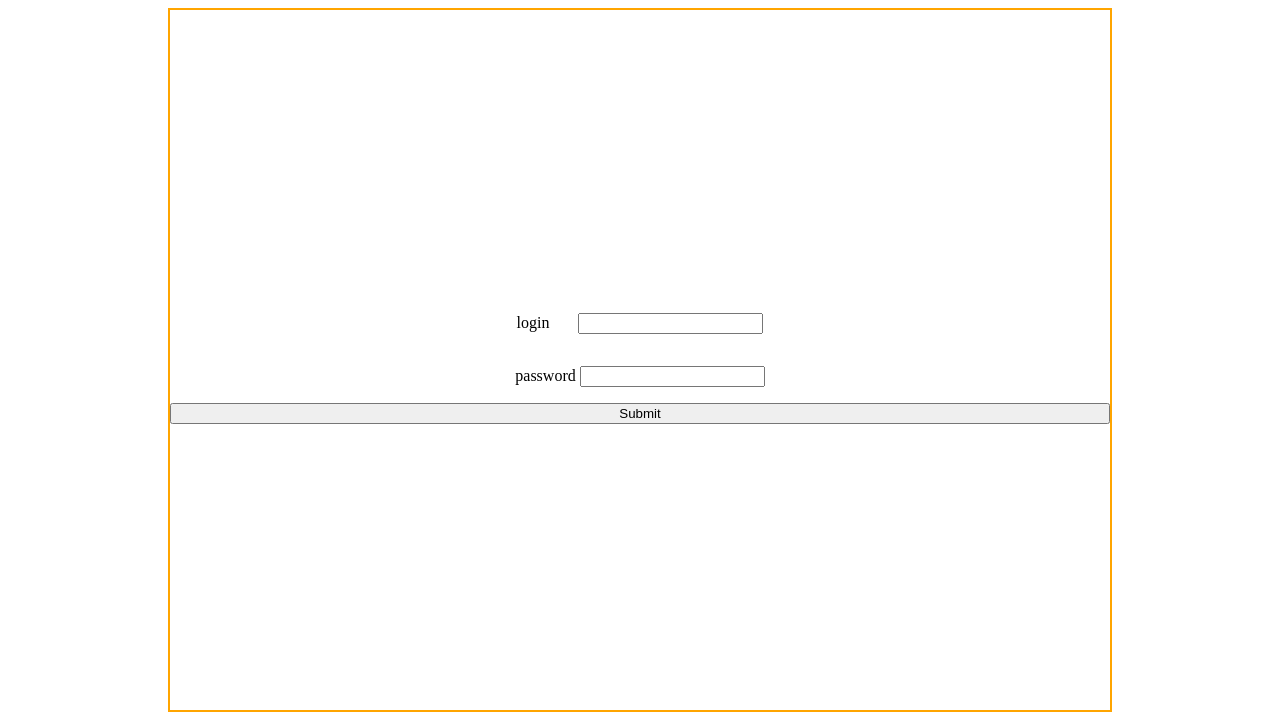
Repository: AndreyMykulych/javascript
Page: 11/index.html
These files come from the project's save history. The page is drawn as it stood at one moment and after the next save; the edit follows.
The browser window is 1280 px wide. The pictures show the whole page.

Above is the page before, as saved 2023-04-27 22:44:13.

After the next save:
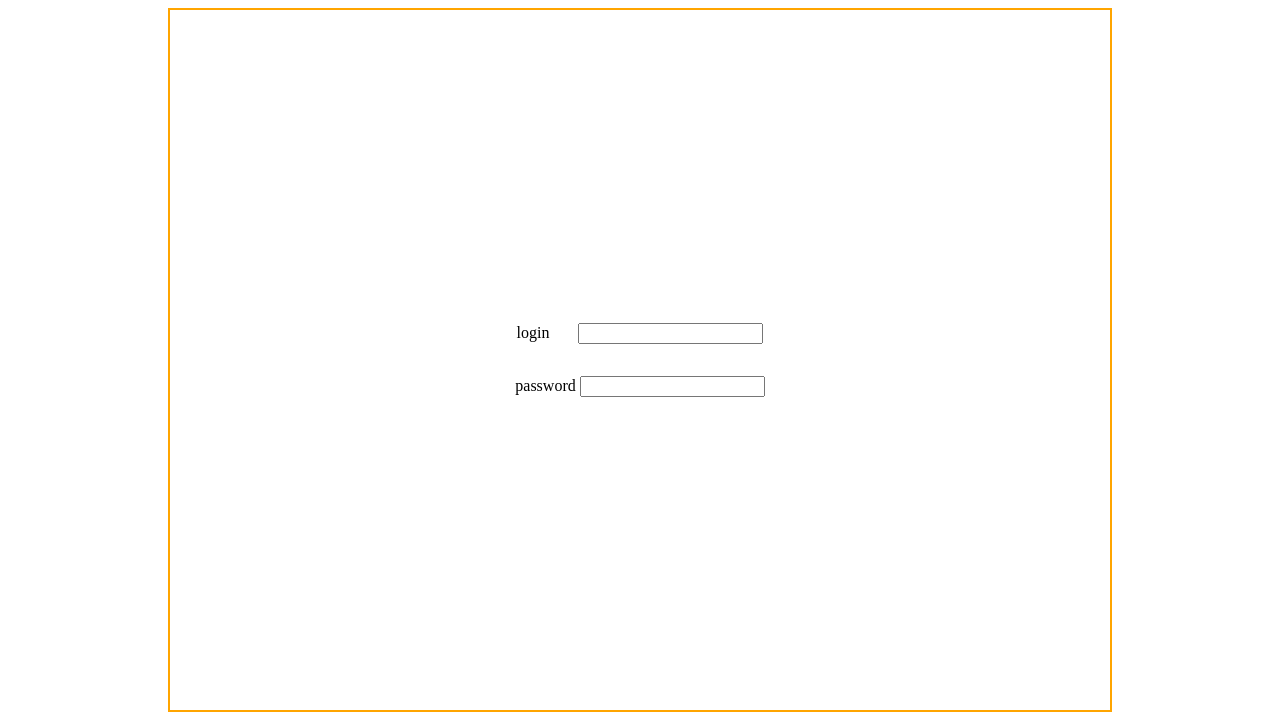
Saved 68 s later.
--- a/11/index.html
+++ b/11/index.html
@@ -40,7 +40,7 @@
               <label for="password">password</label>
                <input type="password" id="password">
        </p>
-       <button class="submit">Submit</button>
+       <!-- <button class="submit">Submit</button> -->
     </form>
     <form class="pizzaForm">
 

After the save that followed:
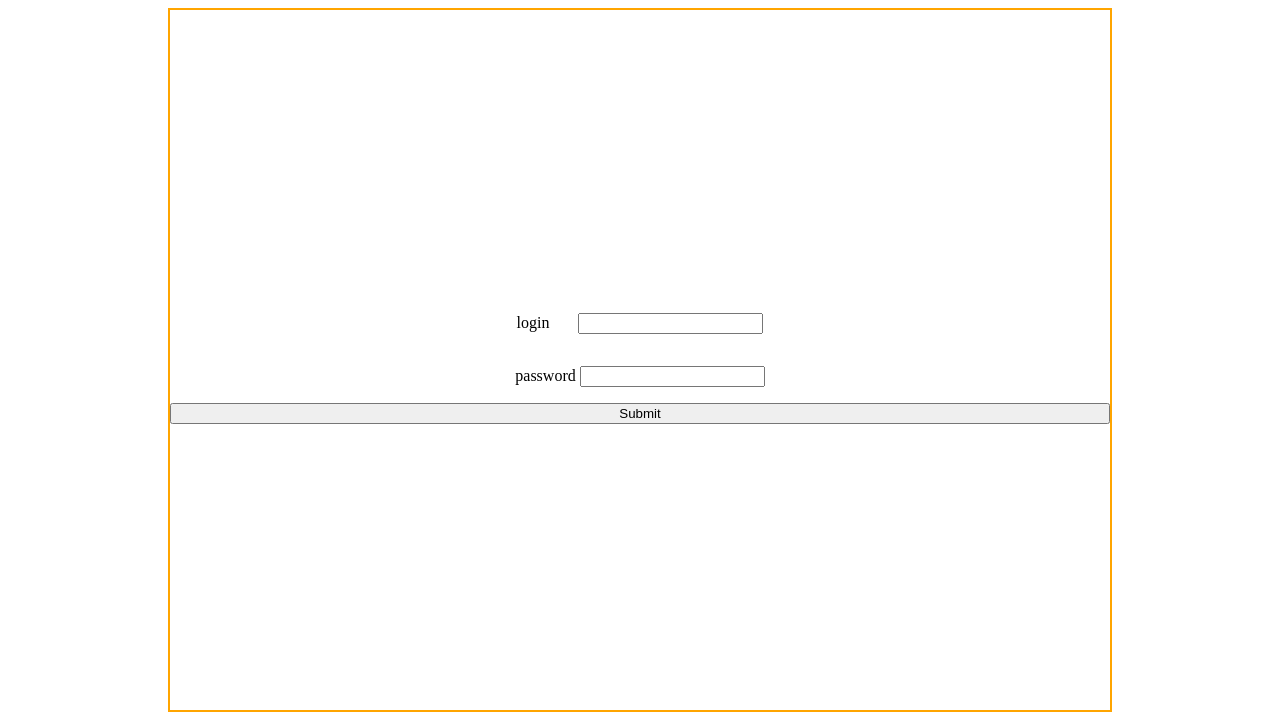
Saved 21 s later.
--- a/11/index.html
+++ b/11/index.html
@@ -40,7 +40,7 @@
               <label for="password">password</label>
                <input type="password" id="password">
        </p>
-       <!-- <button class="submit">Submit</button> -->
+       <button style='' class="submit">Submit</button>
     </form>
     <form class="pizzaForm">
 
